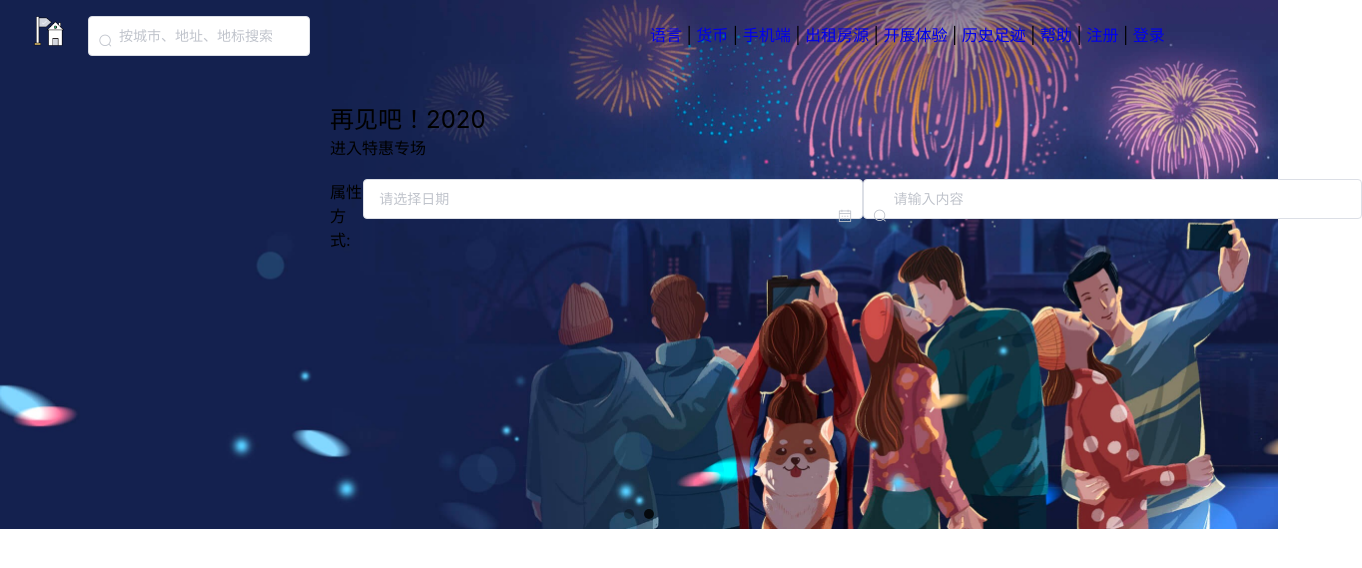
Repository: yz1181214391/my-airbnb
Page: /
These files come from the project's save history. The page is drawn as it stood at one moment and after the next save; the edit follows.
The browser window is 1280 px wide. The page is 1362 px wide, so the pictures cover 1362 px, including what lies to the right of the window. The pictures show the whole page.
The project was rebuilt for these pictures with package versions that can differ from the ones it lists, and the page was loaded fresh each time. Also part of the build but not shown: src/views/Language.vue, src/views/Currency.vue, src/views/Enter.vue, src/views/Experience.vue, src/views/Help.vue, src/views/History.vue, src/views/Mobile.vue, src/views/Register.vue and 1 more.

Above is the page before, as saved 2020-12-09 16:45:00.

### src/App.vue
<template>
  <div id="app">
    <div class="app-header">
      <Header/>
      <Banner class="banner"/>
    </div>

  </div>

</template>

<script>
import Banner from './components/Banner'
import Header from './components/Header'

export default {
   name: 'app',
  components:{
    Banner,
    Header
  }
}
</script>


<style lang="less">
// #app {
//   font-family: Avenir, Helvetica, Arial, sans-serif;
//   -webkit-font-smoothing: antialiased;
//   -moz-osx-font-smoothing: grayscale;
//   text-align: center;
//   color: #2c3e50;
// }

  html,body {margin: 0;padding: 0;height: 100%;width: 100%;}
  a {text-decoration: none;}
  body,div,dl,dt,dd,ul,ol,li,h1,h2,h3,h4,h5,h6,pre,form,fieldset,input,textarea,p,blockquote,th,td {margin: 0;padding: 0;}
  table {border-collapse: collapse;border-spacing: 0;}
  fieldset,img {border: 0;}
  address,caption,cite,code,dfn,em,strong,th,var {font-style: normal;font-weight: normal;}
  ol,ul {list-style: none;}
  caption,th {text-align: left;}
  h1,h2,h3,h4,h5,h6 {font-size: 100%;font-weight: normal;}
  q:before,q:after {content: '';}
  abbr,acronym {border: 0;}
  body{
      font-family: "Chinese Quote", -apple-system, BlinkMacSystemFont, "Segoe UI", "PingFang SC", "Hiragino Sans GB", "Microsoft YaHei", "Helvetica Neue", Helvetica, Arial, sans-serif, "Apple Color Emoji", "Segoe UI Emoji", "Segoe UI Symbol";
  }

  .banner{
    position: absolute;
    left: 0;
    top: 0;
    z-index: -1;
  }
</style>

### src/router/index.js
import Vue from 'vue'
import VueRouter from 'vue-router'

import Language from '../views/Language.vue'
import Currency from '../views/Currency.vue'
import Enter from '../views/Enter.vue'
import Experience from '../views/Experience.vue'
import Help from '../views/Help.vue'
import History from '../views/History.vue'
import Mobile from '../views/Mobile.vue'
import Register from '../views/Register.vue'
import Room from '../views/Room.vue'



Vue.use(VueRouter)

const routes = [
  // {
  //   path: '/',
  //   name: 'Language',
  //   component: Language
  // },
  // {
  //   path: '/Currency',
  //   name: 'Currency',
  //   // route level code-splitting
  //   // this generates a separate chunk (about.[hash].js) for this route
  //   // which is lazy-loaded when the route is visited.
  //   component: () => import(/* webpackChunkName: "about" */ '../views/Currency.vue')
  // }
  { path : '/Language', component : Language},
  { path : '/Currency', component : Currency},
  { path : '/Enter', component : Enter},
  { path : '/Experience', component : Experience},
  { path : '/Help', component : Help},
  { path : '/History', component : History},
  { path : '/Mobile', component : Mobile},
  { path : '/Register', component : Register},
  { path : '/Room', component : Room},
]

const router = new VueRouter({
  mode: 'history',
  base: process.env.BASE_URL,
  routes
})

export default router

### src/components/Banner.vue
<template>
  <div class="banner-box">
      <div class="banner">
          <img v-for="(v,i) in img " :key="i" :src="v" v-show="i==n" alt="">
          <div class="banner-circle">
              <ul>
                 <li v-for="(v,i) in img" :key="i" :class="i==n ? 'selected' : ''"></li>
              </ul>
          </div>
      </div>
  </div>
</template>

<script>
export default {
  data (){
      return{
          n:0,
          img:[
              require("../assets/img/banner1.jpg"),
              require("../assets/img/banner2.jpeg")
          ]
      }
  },
  methods : {
      fun:function(){
          setInterval(this.play,5000)
      },
      play:function(){
          this.n++;
          if(this.n == this.img.length){
              this.n = 0
          }
      }
  },
  mounted:function(){
          this.fun()
      }
}
</script>
<style>
    .banner-box{
      width: 100%;
      height: 529px;
    }
    ul{
        list-style-type: none;
    }
    .banner{
        position: relative;
    }
    .banner .banner-circle{
        position: absolute;
        bottom: 5px;
        left: 0;
        right: 0;
        color: #ffffff;
    }
    .banner .banner-circle li{
        display: inline-block;
        background: rgba(0,0,0,0.3);
        border-radius: 50%;
        padding: 5px;
        margin: 5px;
    }
    .banner .banner-circle ul{
        text-align: center;
    }
    .banner .banner-circle .selected{
        background: rgba(0,0,0,0.8);
    }
    .banner img{
        width: 100%;
        height: 529px;
        margin: 0;
        padding: 0;
    }
</style>

### src/components/Header.vue
<template>
    <div class="airbnb-box">
      <el-row :gutter="20">
        <el-col :span="6">
          <div class="grid-content bg-purple" style="display:flex">
            <a href="###"><img class="logo" src="../assets/img/012-zhandian.png" alt=""></a>
            <el-input v-model="input" style="width: 460px;height: 48px;" prefix-icon='el-icon-search' placeholder="按城市、地址、地标搜索"></el-input>
          </div>
        </el-col>
        <el-col :span="12" :offset="6">
          <div class="grid-content bg-purple">
            <router-link to="/Language">语言</router-link> |
            <router-link to="/Currency">货币</router-link> |
            <router-link to="/Mobile">手机端</router-link> |
            <router-link to="/Room">出租房源</router-link> |
            <router-link to="/Experience">开展体验</router-link> |
            <router-link to="/History">历史足迹</router-link> |
            <router-link to="/Help">帮助</router-link> |
            <router-link to="/Register">注册</router-link> |
            <router-link to="/Enter">登录</router-link>
          </div>
        </el-col>
      </el-row>
      <el-row :gutter="20">
        <el-col :span="6" :offset="6">
          <div class="grid-content bg-purple">
            <h1 style="font-size:24px">再见吧！2020</h1>
            <div>进入特惠专场</div>
          </div>
        </el-col>
        <el-col :span="6" :offset="6"><div class="grid-content bg-purple"></div></el-col>
      </el-row>
      <el-row :gutter="20">
        <el-col :span="12" :offset="6" >
          <div class="grid-content bg-purple">
            <div class="demo-input-suffix" style="display:flex;width:1032px;height:72px;">
              属性方式:
              <el-input
                placeholder="请选择日期"
                suffix-icon="el-icon-date"
                v-model="input2">
              </el-input>
              <el-input
                placeholder="请输入内容"
                prefix-icon="el-icon-search"
                v-model="input21">
              </el-input>
            </div>
          </div>
        </el-col>
      </el-row>
    </div>
</template>

<script>
// import Banner from './components/Banner'
export default {
    data(){
      return {
        input:'',
        input2:'',
        input21:'',
      }
    }
  // components:{
  //   Banner
  // }
}
</script>


<style lang="less">

.airbnb-box{
    width: 100%;
    height: 529px;
    // background-color: #cccccc;
  }

.el-row {
    margin-bottom: 20px;
    margin-left: 0 !important;
    margin-right: 0 !important;
    display: flex;
    &:first-child{

      align-items: center;
      width: 100%;
      height: 80px;
      // background-color: #99a9bf;
    }
    &:last-child {
      margin-bottom: 0;
    }
  }
  .el-col {
    border-radius: 4px;
  }
  .bg-purple-dark {
    background: #99a9bf;
  }
  .bg-purple {
    // background: #d3dce6;
  }
  .bg-purple-light {
    background: #e5e9f2;
  }
  .grid-content {
    border-radius: 4px;
    min-height: 36px;
  }
  .row-bg {
    padding: 10px 0;
    background-color: #f9fafc;
  }


.logo{
  width: 30px;
  height: 30px;
  margin: 0 24px;
}
</style>

Loaded but not shown: public/index.html (common file); src/main.js (common file); src/store/index.js (common file)

After the next save:
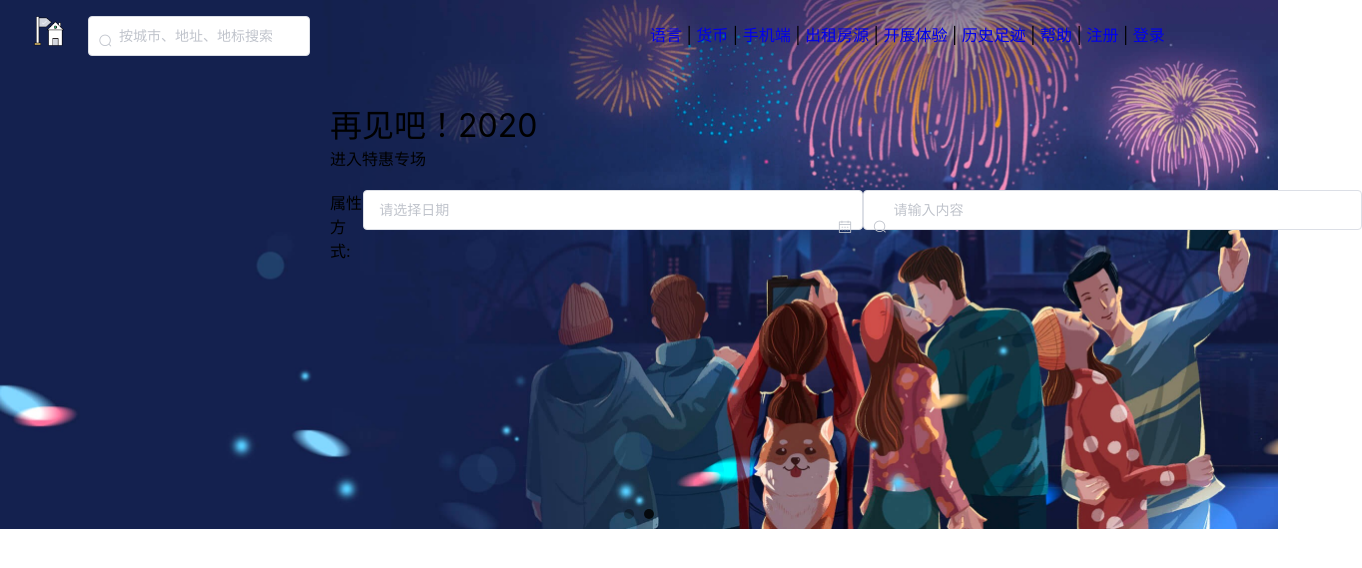
Saved 15 s later.
--- a/src/components/Header.vue
+++ b/src/components/Header.vue
@@ -24,7 +24,7 @@
       <el-row :gutter="20">
         <el-col :span="6" :offset="6">
           <div class="grid-content bg-purple">
-            <h1 style="font-size:24px">再见吧！2020</h1>
+            <h1 style="font-size:32px">再见吧！2020</h1>
             <div>进入特惠专场</div>
           </div>
         </el-col>
